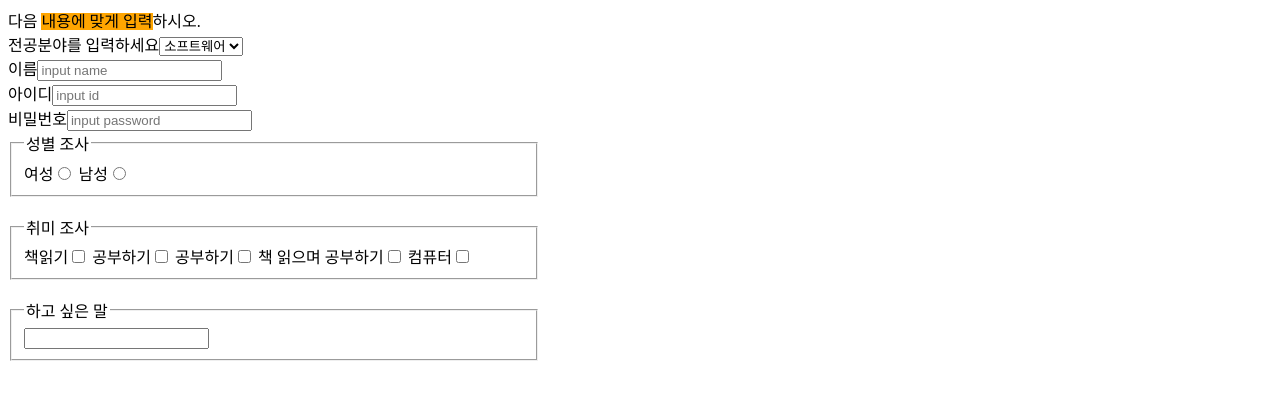
Repository: jwlee0714/HTML
Page: html/quiz-설문조사.html
These files come from the project's save history. The page is drawn as it stood at one moment and after the next save; the edit follows.
The browser window is 1280 px wide. The pictures show the whole page.

Above is the page before, as saved 2021-10-05 08:45:25.

After the next save:
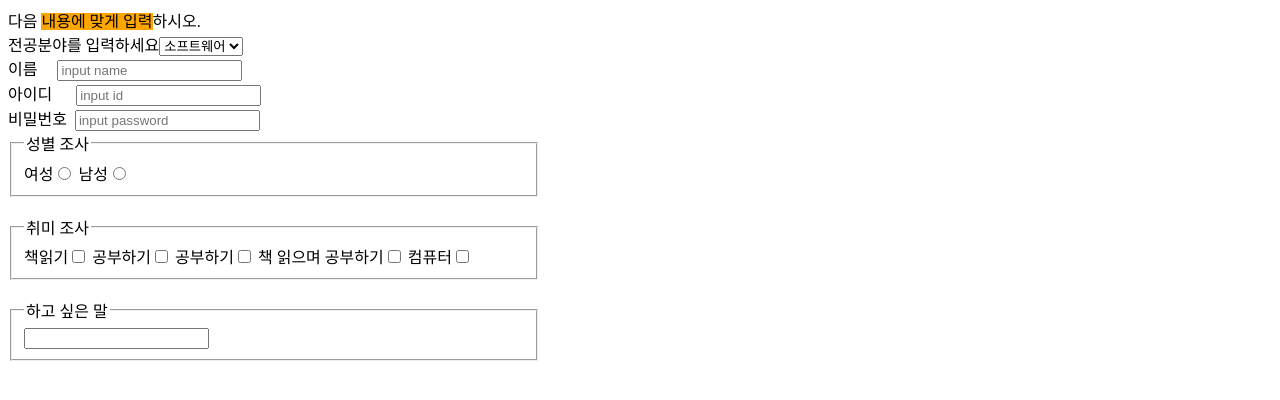
Saved 116 s later.
--- a/html/quiz-설문조사.html
+++ b/html/quiz-설문조사.html
@@ -22,9 +22,9 @@
 			<option value="p2">하드웨어
 			<option value="p3">정보공학<br>
 		</select>
-		<br>이름<input type="text" name ="name" placeholder="input name"><br>
-		아이디<input type="text" name ="id" placeholder="input id"><br>
-		비밀번호<input type="password" name="pwd" placeholder="input password"><br>
+		<br>이름&nbsp; &nbsp; &nbsp;<input type="text" name ="name" placeholder="input name"><br>
+		아이디 &nbsp; &nbsp; &nbsp;<input type="text" name ="id" placeholder="input id"><br>
+		비밀번호 &nbsp;<input type="password" name="pwd" placeholder="input password"><br>
 	</form>
 
 </table>
